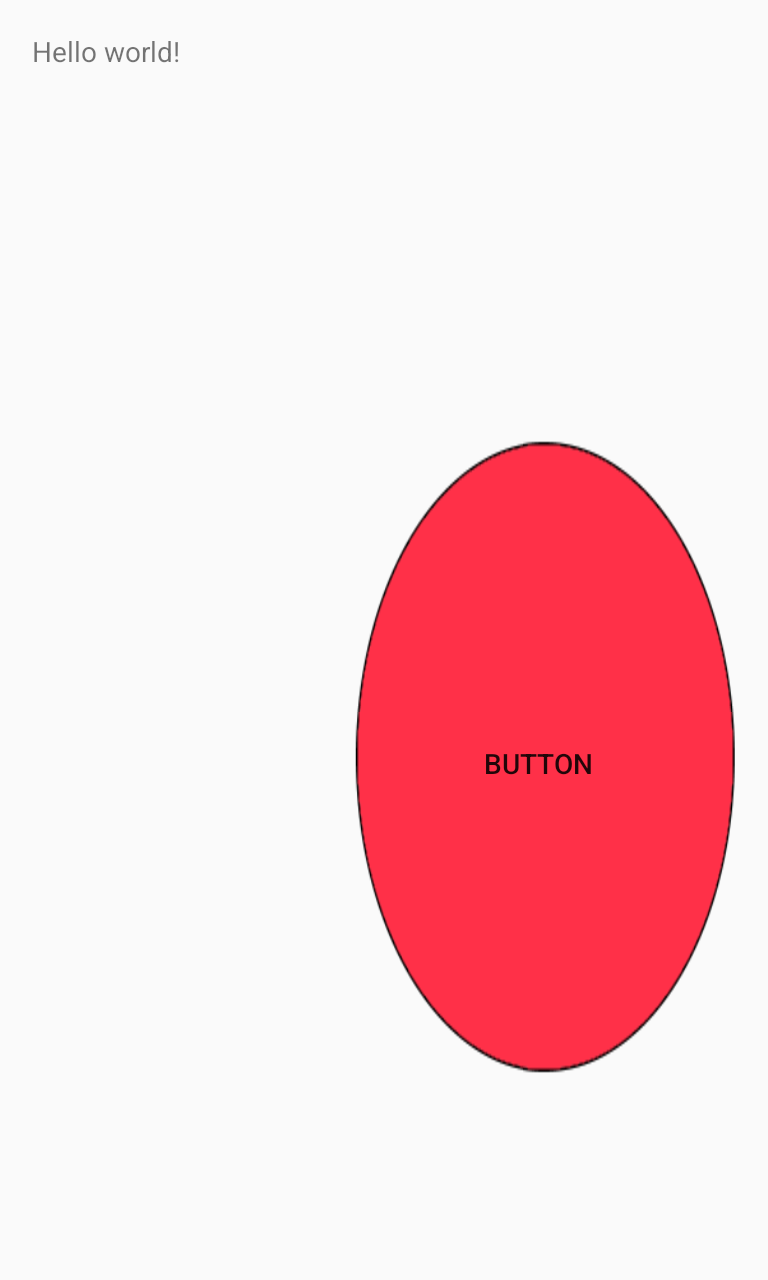
Repository: RibuRoyson/exercise
Layout: roundbutton/res/layout/activity_main.xml
These files come from the project's save history. The layout is drawn as it stood at one moment and after the next save; the edit follows.
It is drawn on a 768 x 1280 px phone screen (xhdpi) without system bars, with theme AppTheme; the app's code is not run.

Above is the layout before, as saved 2015-02-12 07:10:36.

After the next save:
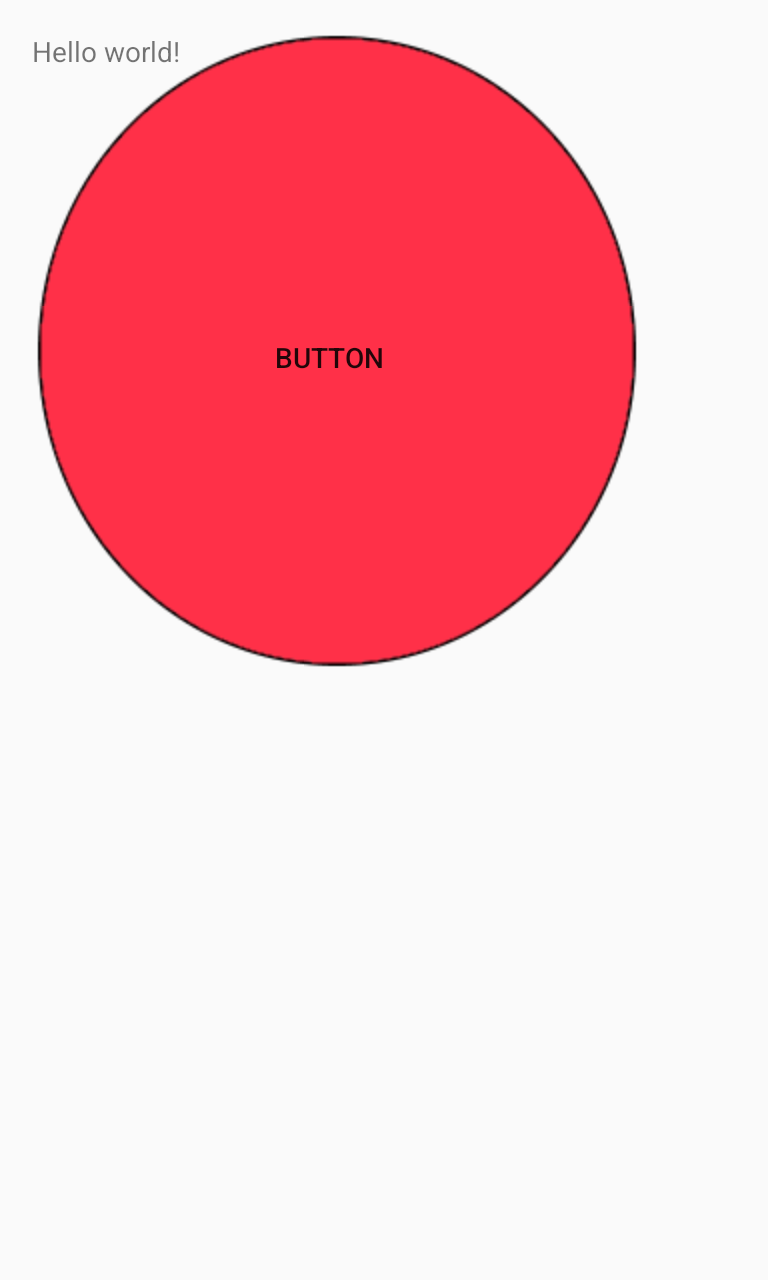
Saved 3 min 28 s later.
--- a/roundbutton/res/layout/activity_main.xml
+++ b/roundbutton/res/layout/activity_main.xml
@@ -18,11 +18,9 @@
         android:id="@+id/button1"
         android:layout_width="wrap_content"
         android:layout_height="wrap_content"
-        android:layout_below="@+id/textView1"
-        android:layout_marginLeft="86dp"
-        android:layout_marginTop="184dp"
+        android:layout_alignLeft="@+id/textView1"
+        android:layout_alignTop="@+id/textView1"
         android:background="@drawable/round"
-        android:layout_toRightOf="@+id/textView1"
         android:text="Button" />
 
 </RelativeLayout>
